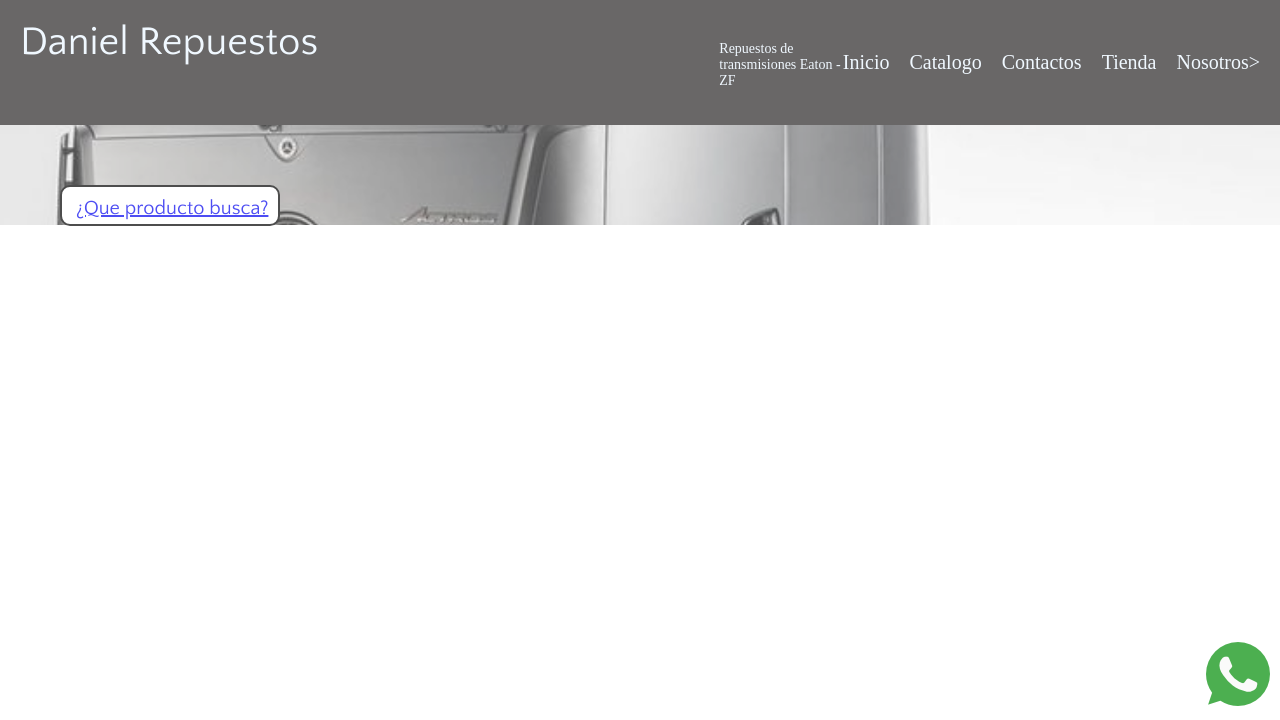
Repository: minesterani/proyecto-caja
Page: pages/nosotros.html
The author's editor kept a copy of each file at every save. The page is drawn from the files as they stood at one save, then again after the next save.
The browser window is 1280 px wide. The pictures show the whole page.

Above is the page before, as saved 2024-10-02 09:37:28.

After the next save:
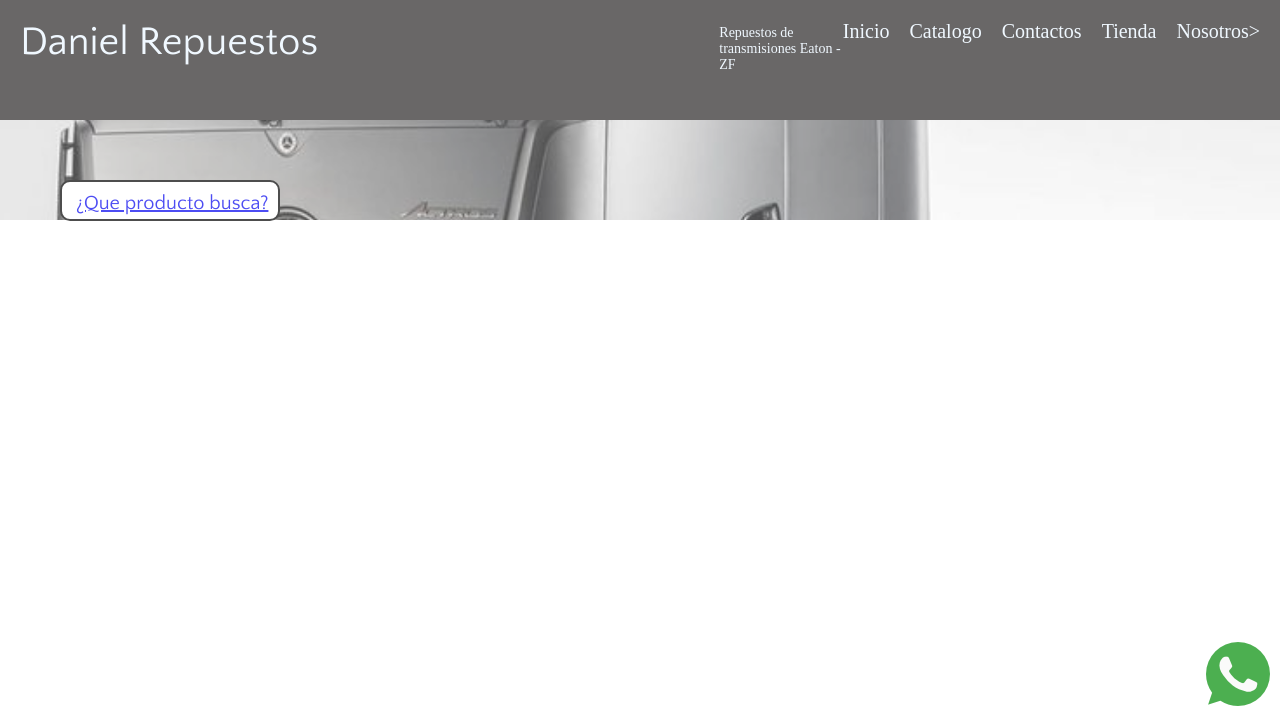
Saved 9 min 43 s later.
--- a/css/style.css
+++ b/css/style.css
@@ -14,12 +14,13 @@
     font-family: "Quattrocento Sans", sans-serif;
     font-weight: 400;
     font-style: normal;
-    margin-bottom: 5px;
+    margin: 0;
 }
 .subtitulo{
     font-size: 14px;
     color: aliceblue;
-    margin-top: 5px;
+    margin: 0;
+    padding-top: 5px;
 }
 header .header-tienda h1 {
     font-size: 36px;
@@ -42,7 +43,7 @@
     display: flex;
     background-color: rgb(105, 103, 103);
     justify-content: space-between;
-    align-items: center;
+    align-items: flex-start;
     padding: 20px;
 
 
@@ -53,6 +54,9 @@
     }
 
 /* Navegación */
+nav{
+    margin-left: auto;
+}
 .navBar, .navtienda, .nav-catalogo, .nav-Contactos, .navNos {
     display: flex;
     list-style-type: none;
